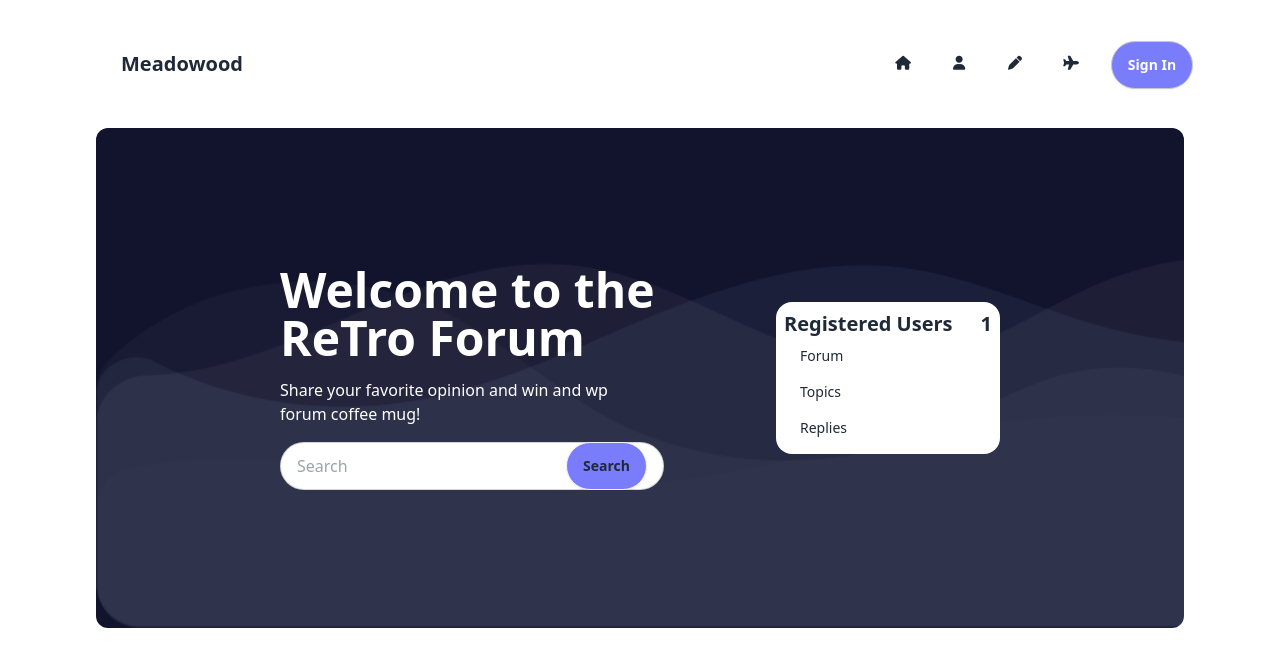
Repository: RudrasahaDibos/Meadowood-Forum
Page: index.html
These files come from the project's save history. The page is drawn as it stood at one moment and after a run of saves; the edit follows.
The browser window is 1280 px wide. The pictures show the whole page.
Some web libraries are served in a nearby version.

Above is the page before, as saved 2024-11-24 12:54:19.

### index.html
<!DOCTYPE html>
<html lang="en">
    <head>
        <meta charset="UTF-8">
        <meta name="viewport" content="width=device-width, initial-scale=1.0">
        <title>Meadowood Forum</title>

        <!-- tailwind  -->
        <link
            href="https://cdn.jsdelivr.net/npm/daisyui@4.12.14/dist/full.min.css"
            rel="stylesheet" type="text/css" />
        <script src="https://cdn.tailwindcss.com"></script>

        <!-- font awesome  -->
        <link rel="stylesheet"
            href="https://cdnjs.cloudflare.com/ajax/libs/font-awesome/6.7.1/css/all.min.css"
            integrity="sha512-5Hs3dF2AEPkpNAR7UiOHba+lRSJNeM2ECkwxUIxC1Q/FLycGTbNapWXB4tP889k5T5Ju8fs4b1P5z/iB4nMfSQ=="
            crossorigin="anonymous" referrerpolicy="no-referrer" />

    </head>
    <body class="container mx-auto lg:px-24 px-8">
        <!-- header is start here  -->
        <header class="mt-8">
            <!-- navbar is start here  -->
            <div class="navbar bg-base-100">
                <div class="flex-1">
                    <a class="btn btn-ghost text-xl">Meadowood</a>
                </div>
                <div class="flex-none">
                    <div class="dropdown dropdown-end mr-6">
                        <div  role="button"
                            class="btn btn-ghost btn-circle flex w-full  ">
                            <div class="indicator rounded-full border-1 h-8 w-8 mr-4 tooltip" data-tip="home">
                                <i class="fa-solid fa-house h-5 w-5 mx-auto mt-2"></i>
                            </div>
                            <div class="indicator rounded-full border-1 h-8 w-8 mr-4 tooltip" data-tip="User">
                                <i class="fa-solid fa-user h-5 w-5 mx-auto mt-2"></i>
                            </div>
                            <div class="indicator rounded-full border-1 h-8 w-8 mr-4 tooltip" data-tip="pen">
                                <i class="fa-solid fa-pen h-5 w-5 mx-auto mt-2"></i>
                            </div>
                            <div class="indicator rounded-full border-1 h-8 w-8 mr-4 tooltip" data-tip="flight">
                                <i class="fa-solid fa-plane h-5 w-5 mx-auto mt-2"></i>
                            </div>
                        </div>

                    </div>
                    <div class="dropdown dropdown-end">
                        <div tabindex="0" role="button"
                            class="btn btn-ghost btn-circle avatar">

                                <button class="btn btn-active bg-[#797DFC] text-white rounded-full ">Sign In</button>

                        </div>
                        <ul
                            tabindex="0"
                            class="menu menu-sm dropdown-content bg-base-100 rounded-box z-[1] mt-3 w-52 p-2 shadow">
                            <li>
                                <a class="justify-between">
                                    Profile
                                    <span class="badge">New</span>
                                </a>
                            </li>
                            <li><a>Settings</a></li>
                            <li><a>Logout</a></li>
                        </ul>
                    </div>
                </div>
            </div>
            <!-- navbar is  end here  -->

             <!-- bannner start here  -->
             <div class="lg:w-full w-[450px] relative bg-no-repeat bg-cover h-[500px] z-0 rounded-xl overflow-hidden mt-8 bg-[#12132D]" style="background-image: url('/images/bgbanner.png');">
                <div class="relative top-0 left-0 w-full h-full z-10  flex  justify-center items-center gap-28 ">

                  <div class="space-y-4">
                    <h2 class="text-5xl font-extrabold font-manrope text-white">Welcome to the <br> ReTro Forum</h2>
                    <p class="text-white">Share your favorite opinion and win and wp <br> forum coffee mug!</p>
                    <label class="input input-bordered flex items-center gap-2 w-96 rounded-full">
                        <input type="text" class="grow" placeholder="Search" />
                         <button class="btn bg-[#797DFC] rounded-full">Search</button>
                      </label>
                  </div>

                   <div>
                    <ul class="menu bg-[#FFFFFF] rounded-box w-56">

                        <div class="flex justify-between"><a class="text-xl font-bold">Registered Users</a><a class="text-xl font-bold">1</a></div>
                        <li><a>Forum</a></li>
                        <li><a>Topics</a></li>
                        <li><a>Replies</a></li>
                      </ul>
                   </div>

                </div>
                </div>
             <!-- bannner end here  -->




        </header>
        <!-- header is end here  -->

        <!-- main is start here  -->
        <main>

        </main>
        <!-- main is end here  -->

        <!-- footer is start here  -->

        <!-- footer is end here  -->
    </body>
</html>

After the next 3 saves:
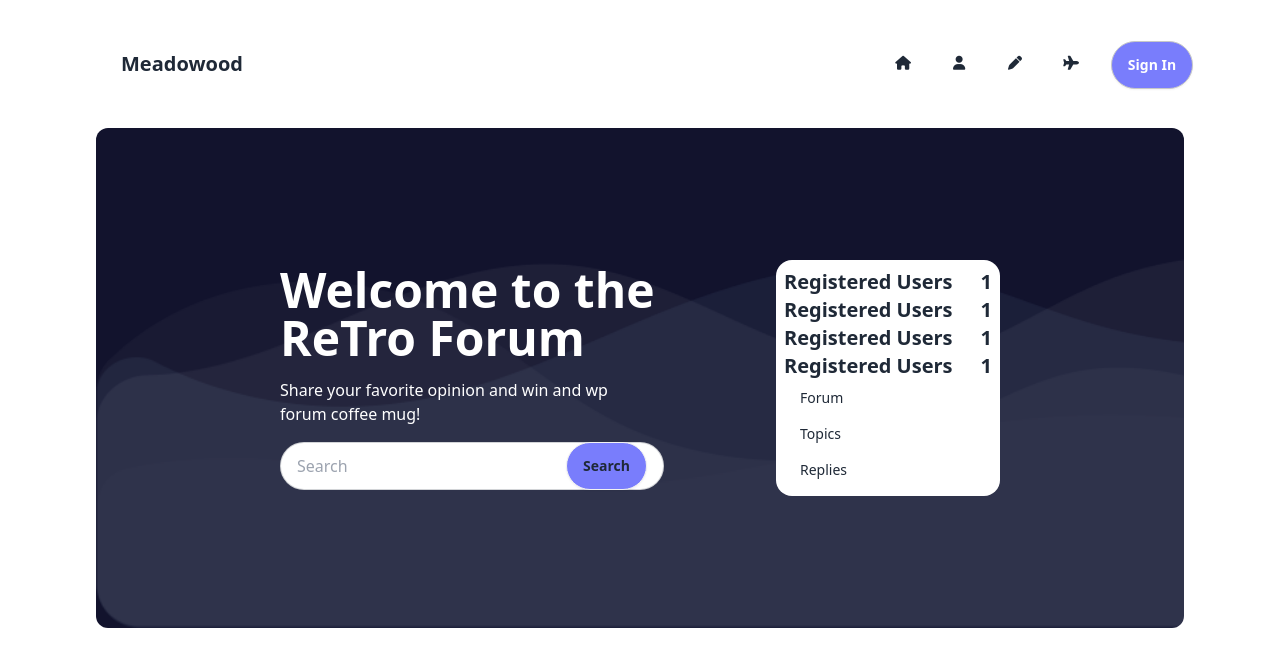
The 3 saves are shown as one change because they came seconds apart.
The last was saved 18 s later.
--- a/index.html
+++ b/index.html
@@ -86,6 +86,9 @@
                     <ul class="menu bg-[#FFFFFF] rounded-box w-56">
 
                         <div class="flex justify-between"><a class="text-xl font-bold">Registered Users</a><a class="text-xl font-bold">1</a></div>
+                        <div class="flex justify-between"><a class="text-xl font-bold">Registered Users</a><a class="text-xl font-bold">1</a></div>
+                        <div class="flex justify-between"><a class="text-xl font-bold">Registered Users</a><a class="text-xl font-bold">1</a></div>
+                        <div class="flex justify-between"><a class="text-xl font-bold">Registered Users</a><a class="text-xl font-bold">1</a></div>
                         <li><a>Forum</a></li>
                         <li><a>Topics</a></li>
                         <li><a>Replies</a></li>
